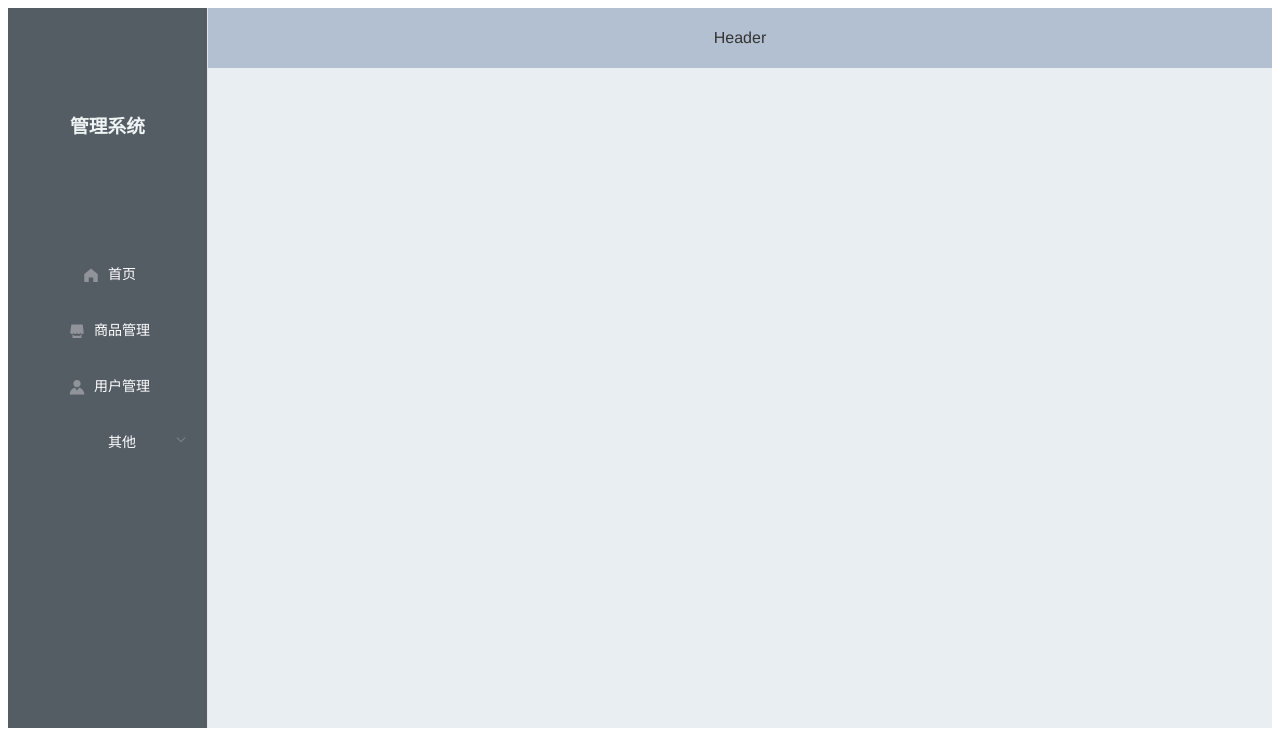
Repository: tkqi/manage
Page: /
An editor plug-in stored every save of this project. The page is shown before and after the next save, followed by the edit.
The browser window is 1280 px wide. The pictures show the whole page.
The project was rebuilt for these pictures with package versions that can differ from the ones it lists, and the page was loaded fresh each time. Also part of the build but not shown: vue.config.js.

Above is the page before, as saved 2023-12-01 14:19:05.

### src/main.js
import Vue from 'vue'
import App from './App.vue'
import router from './router'
import store from './store'
import ElementUI from 'element-ui';
import 'element-ui/lib/theme-chalk/index.css';

Vue.config.productionTip = false
Vue.use(ElementUI);

new Vue({
  router,
  store,
  render: h => h(App)
}).$mount('#app')

### src/App.vue
<template>
  <div id="app">
    <!-- 路由出口 -->
    <router-view/>
  </div>
</template>

<style lang="less">
#app {
  font-family: Avenir, Helvetica, Arial, sans-serif;
  -webkit-font-smoothing: antialiased;
  -moz-osx-font-smoothing: grayscale;
  text-align: center;
  color: #2c3e50;
  // height: 100%;
}

nav {
  padding: 30px;

  a {
    font-weight: bold;
    color: #2c3e50;

    &.router-link-exact-active {
      color: #42b983;
    }
  }
}

// html,
// body {
//   width: 100%;
//   height: 100%;
// }

</style>

### src/router/index.js
import Vue from 'vue'
import VueRouter from 'vue-router'
import routes from './routes'
Vue.use(VueRouter)


const router = new VueRouter({
  routes: routes
})

// 暴露router实例
export default router

### src/router/routes.js
export default [
    // 主路由
    {
        path: '/',
        component: () => import('../views/Main.vue'),
        // 子路由
        children: [
            {
                path: '/home',
                // 路由组件懒加载
                component: () => import('../views/Home.vue')
            },
            {
                path: '/user',
                component: () => import('../views/User.vue')
            }
        ]
    },
    {
        path: '/home',
        // 路由组件懒加载
        component: () => import('../views/Home.vue')
    },
    {
        path: '/user',
        component: () => import('../views/User.vue')
    }
]

### src/views/Main.vue
<!-- eslint-disable vue/multi-word-component-names -->
<template>
    <div>
        <el-container >
            <el-aside width="200px"><sidebar/></el-aside>
            <el-container>
                <el-header>Header</el-header>
                <el-main><router-view /></el-main>
            </el-container>
        </el-container>

    </div>
</template>

<script>
import sidebar from '../components/sidebar.vue'
export default {
    components:{
        sidebar
    }
}
</script>

<style lang="less" scoped>
.el-header,
.el-footer {
    background-color: #B3C0D1;
    color: #333;
    text-align: center;
    line-height: 60px;
}

.el-aside {
    background-color: #D3DCE6;
    color: #333;
    text-align: center;
    line-height: 200px;
}

.el-main {
    background-color: #E9EEF3;
    color: #333;
    text-align: center;
    line-height: 160px;
}
</style>

### src/components/sidebar.vue
<!-- eslint-disable vue/multi-word-component-names -->
<template>
    <el-menu default-active="1-4-1" class="menu" @open="handleOpen" @close="handleClose" :collapse="isCollapse"
        background-color="#545c64" text-color="#fff" active-text-color="#ffd04b"    >
        <h3>管理系统</h3>
        <el-menu-item v-for="item in noChildren" :key="item.name" index="item.name">
            <i :class="`el-icon-${item.icon}`"></i>
            <span slot="title">{{ item.label }}</span>
        </el-menu-item>
        <el-submenu v-for="item in hasChildren" :key="item.label" index="item.label">
            <template slot="title">
                <i :class="`el-icon-${item.icon}`"></i>
                <span slot="title">{{ item.label }}</span>
            </template>
            <el-menu-item-group v-for="subitem in item.children" :key="subitem.name">
                <el-menu-item index="subitem.name">{{ subitem.label }}</el-menu-item>
            </el-menu-item-group>
        </el-submenu>
    </el-menu>
</template>


<style lang="less" scoped>
.el-menu-vertical-demo:not(.el-menu--collapse) {
    width: 200px;
    min-height: 400px;
}

.menu{
    height: 100vh;
    h3{
        color: rgb(239, 244, 244);
    }
}
</style>

<script>
export default {
    computed: {
        // 无子菜单
        noChildren() {
            return this.menuData.filter(o => !o.children);
        },
        // 有子菜单
        hasChildren() {
            return this.menuData.filter(o => o.children);
        }
    },
    data() {
        return {
            isCollapse: false,
            menuData: [
                {
                    path: '/',
                    name: 'home',
                    label: "首页",
                    icon: 's-home',
                    url: 'Home/Home'
                },
                {
                    path: '/mall',
                    name: 'mall',
                    label: "商品管理",
                    icon: 's-shop',
                    url: 'MallManage/MallManage'
                },
                {
                    path: '/user',
                    name: 'user',
                    label: "用户管理",
                    icon: 's-custom',
                    url: 'UserManage/UserManage'
                },
                {
                    label: '其他',
                    icon: 's-other',
                    children: [
                        {
                            path: '/page1',
                            name: 'page1',
                            label: "页面1",
                            icon: 's-claim',
                            url: 'Other/PageOne'
                        },
                        {
                            path: '/page2',
                            name: 'page2',
                            label: "页面2",
                            icon: 's-claim',
                            url: 'Other/PageTwo'
                        },
                    ]
                }
            ]
        };
    },
    methods: {
        handleOpen(key, keyPath) {
            console.log(key, keyPath);
        },
        handleClose(key, keyPath) {
            console.log(key, keyPath);
        }
    }
}
</script>

<style lang="less">
.menu {
    width: auto;
    height: 100%;
}
</style>

Loaded but not shown: public/index.html (common file); src/store/index.js (common file)

After the next save:
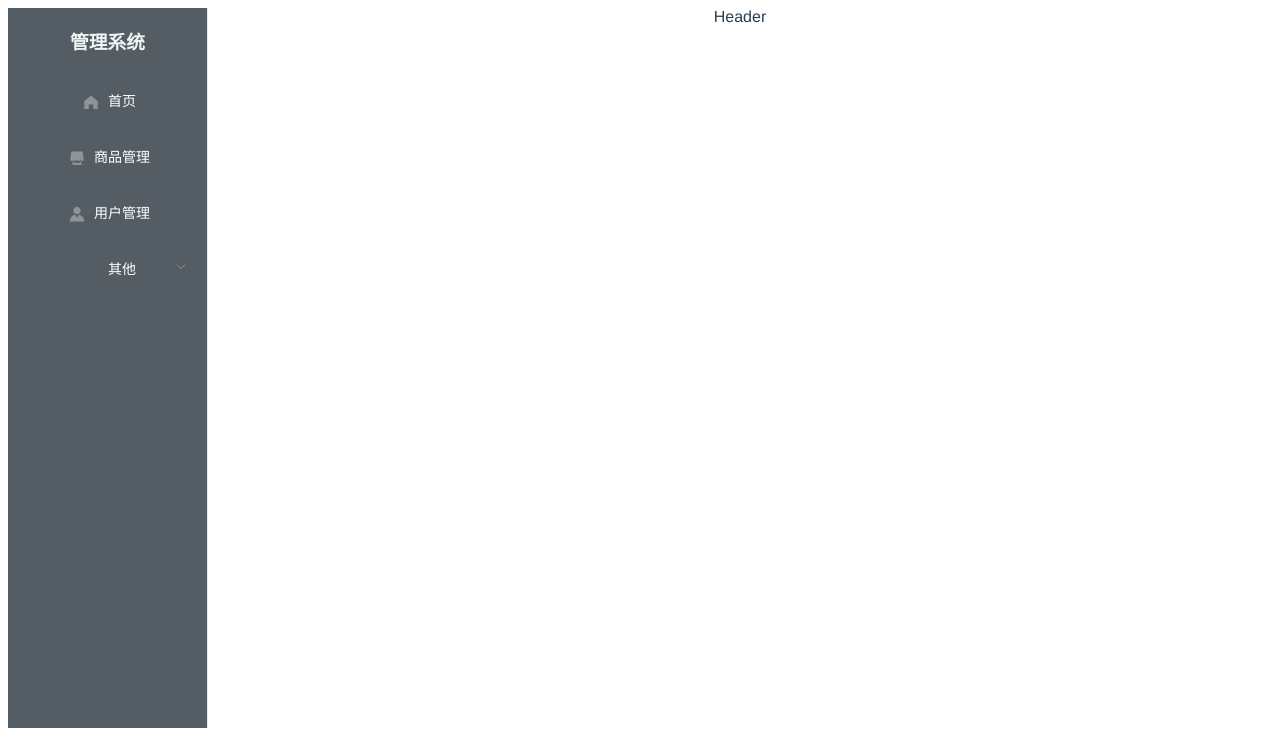
Saved 95 s later.
--- a/src/views/Main.vue
+++ b/src/views/Main.vue
@@ -22,25 +22,5 @@ export default {
 </script>
 
 <style lang="less" scoped>
-.el-header,
-.el-footer {
-    background-color: #B3C0D1;
-    color: #333;
-    text-align: center;
-    line-height: 60px;
-}
 
-.el-aside {
-    background-color: #D3DCE6;
-    color: #333;
-    text-align: center;
-    line-height: 200px;
-}
-
-.el-main {
-    background-color: #E9EEF3;
-    color: #333;
-    text-align: center;
-    line-height: 160px;
-}
 </style>
